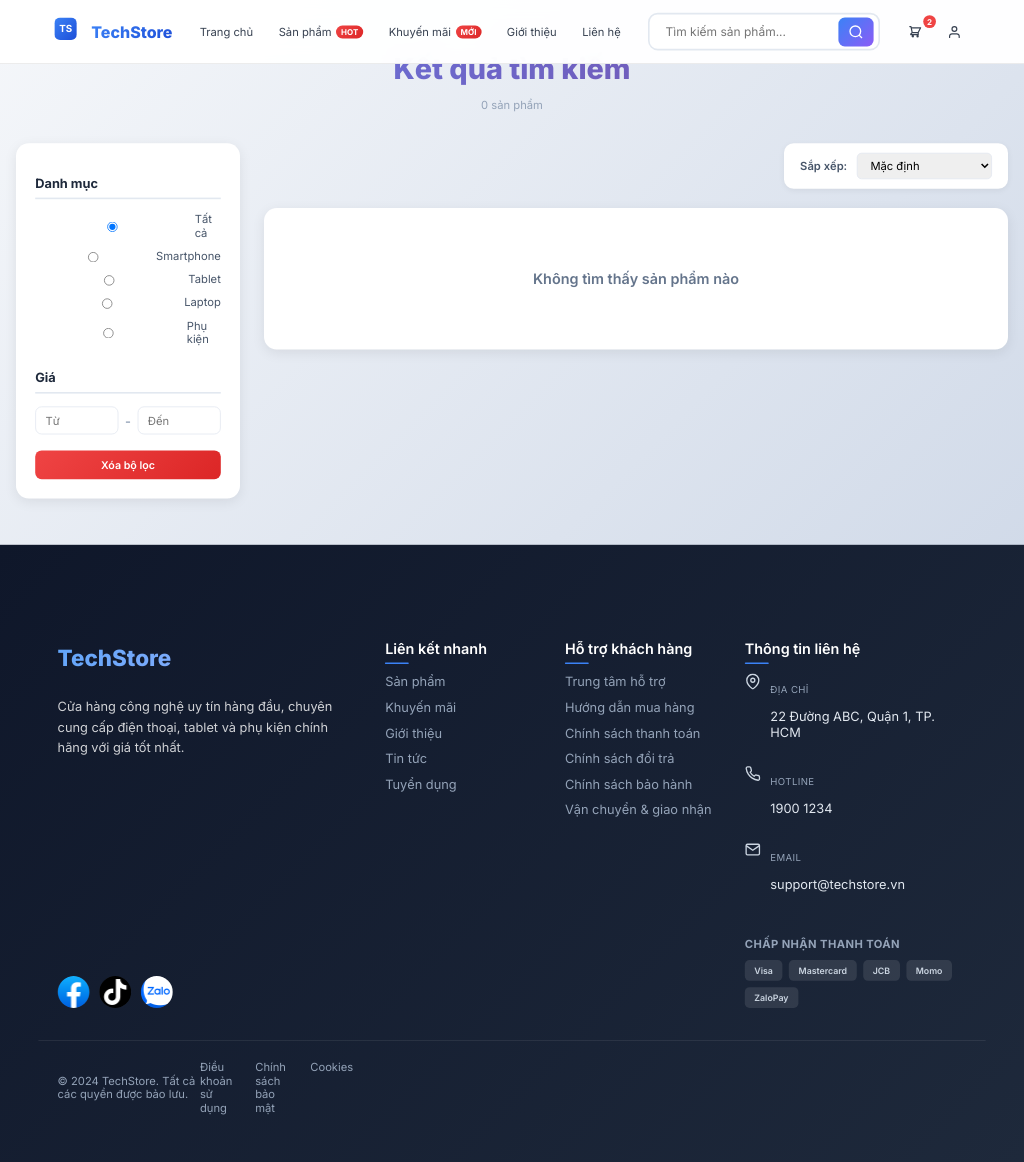
Repository: holyminhlu/DA_PTUDHDV
Page: /search
These files come from the project's save history. The page is drawn as it stood at one moment and after the next save; the edit follows.
The browser window is 1280 px wide. The pictures show the whole page, at 80% of full size.
The page's requests for data from a server got no answer. The project was rebuilt for these pictures with package versions that can differ from the ones it lists, and the page was loaded fresh each time. No one was signed in, and anything a server would have sent is missing. Also part of the build but not shown: vue.config.js, src/components/HeroBanner.vue, src/components/ProductCard.vue, src/components/ProductGrid.vue, src/components/FeatureSection.vue, src/components/Newsletter.vue, src/views/HomeView.vue, src/views/KhuyenMai.vue and 7 more.

Above is the page before, as saved 2025-11-30 10:34:02.

### public/index.html
<!doctype html>
<html lang="en">
  <head>
    <meta charset="utf-8">
    <meta name="viewport" content="width=device-width,initial-scale=1.0">
    <title>Techstore</title>
  </head>
  <body>
    <div id="app"></div>
  </body>
</html>

### src/App.vue
<template>
  <div id="app">
    <router-view />
  </div>
</template>

<script>
export default { name: 'App' };
</script>

### src/assets/styles/home.css
/* Home page styles for Techstore (desktop-first, responsive tweaks included) */
@import url('https://fonts.googleapis.com/css2?family=Inter:wght@300;400;600;700;800&display=swap');
:root{
  --blue-900:#012a61;
  --blue-700:#0b66d1;
  --orange:#ff7a00;
  --muted:#6b7280;
  --card-bg:#ffffff;
  --page-bg:#f7f9fc;
}
*{box-sizing:border-box;font-family:Inter,system-ui,-apple-system,'Segoe UI',Roboto,'Helvetica Neue',Arial}
body{margin:0;background:var(--page-bg);color:#0f1724}
/* Header */
.header{background:linear-gradient(90deg,var(--blue-900),var(--blue-700));color:#fff;padding:18px 48px;display:flex;align-items:center;justify-content:space-between}
.header .brand{display:flex;align-items:center;gap:12px}
.header .brand .logo{display:inline-block;width:36px;height:36px;background:#fff;border-radius:6px}
.header nav{display:flex;gap:22px;align-items:center}
.header nav a{color:rgba(255,255,255,0.88);text-decoration:none;font-weight:600}
.header .actions{display:flex;gap:12px;align-items:center}

/* Hero */
.hero{display:flex;gap:40px;align-items:center;padding:56px 48px}
.hero .left{flex:1;color:#fff}
.hero .eyebrow{background:rgba(255,255,255,0.07);display:inline-block;padding:8px 12px;border-radius:20px;margin-bottom:18px}
.hero h1{font-size:44px;margin:0 0 12px}
.hero p{color:rgba(255,255,255,0.9);margin:0 0 24px}
.hero .cta{background:var(--orange);color:#fff;padding:12px 20px;border-radius:8px;font-weight:700;border:none}
.hero .image{width:420px;height:320px;background:#000;border-radius:12px;overflow:hidden;box-shadow:0 8px 30px rgba(2,6,23,0.3)}
.hero .image img{width:100%;height:100%;object-fit:cover}

/* Featured products */
.section{padding:36px 48px;background:transparent}
.section .section-header{text-align:center;margin-bottom:18px}
.section .section-header h2{margin:0;font-size:22px}
.products-grid{display:grid;grid-template-columns:repeat(3,1fr);gap:18px}
.card{background:var(--card-bg);border-radius:12px;padding:14px;box-shadow:0 6px 18px rgba(12,20,40,0.06)}
.card .media{height:160px;border-radius:8px;overflow:hidden;margin-bottom:12px}
.card .media img{width:100%;height:100%;object-fit:cover}
.card .title{font-weight:700;margin-bottom:6px}
.card .price{color:var(--blue-700);font-weight:700}
.card .old-price{text-decoration:line-through;color:var(--muted);margin-left:8px}
.card .btn{display:inline-block;margin-top:10px;padding:8px 12px;background:var(--blue-700);color:#fff;border-radius:8px;text-decoration:none}
.card .badge{position:absolute;background:var(--orange);padding:6px 8px;border-radius:8px;color:#fff;font-weight:700}
.product-card-wrap{position:relative}

/* Features */
.features{display:flex;gap:18px;padding:18px 48px;margin-top:12px}
.feature{flex:1;background:#fff;padding:20px;border-radius:12px;text-align:center;box-shadow:0 6px 18px rgba(12,20,40,0.04)}
.feature h4{margin:8px 0 0}
.feature p{color:var(--muted);margin:10px 0 0}

/* Newsletter CTA */
.newsletter{margin:36px 48px;background:linear-gradient(90deg,#0652d6,#0b66d1);color:#fff;border-radius:10px;padding:28px;display:flex;align-items:center;justify-content:space-between}
.newsletter .left h3{margin:0 0 6px}
.newsletter input[type=email]{padding:12px;border-radius:8px;border:none;width:320px;margin-right:12px}
.newsletter button{background:var(--orange);padding:10px 16px;border-radius:8px;border:none;color:#fff}

/* Footer */
.footer{background:#08203b;color:#cfe3ff;padding:36px 48px;margin-top:18px}
.footer .cols{display:flex;gap:24px}
.footer h5{margin:0 0 10px}
.footer p,a{color:rgba(255,255,255,0.8)}

/* Responsive */
@media(max-width:1000px){
  .products-grid{grid-template-columns:repeat(2,1fr)}
  .hero{flex-direction:column;align-items:flex-start}
  .hero .image{width:100%;height:300px}
}
@media(max-width:640px){
  .products-grid{grid-template-columns:1fr}
  .features{flex-direction:column}
  .header{padding:14px}
  .hero{padding:20px}
  .section{padding:18px}
}

### src/views/SearchResults.vue
<template>
  <div class="search-results">
    <HeaderComponent />

    <div class="search-container">
      <div class="search-header">
        <h1 class="search-title">Kết quả tìm kiếm</h1>
        <p v-if="searchQuery" class="search-query">
          Tìm kiếm cho: <strong>"{{ searchQuery }}"</strong>
        </p>
        <p class="search-count">{{ totalResults }} sản phẩm</p>
      </div>

      <div class="results-layout">
        <!-- Filters Sidebar -->
        <aside class="filters-sidebar">
          <div class="filter-section">
            <h3 class="filter-title">Danh mục</h3>
            <div class="filter-options">
              <label v-for="cat in categories" :key="cat.value" class="filter-option">
                <input
                  type="radio"
                  name="category"
                  :value="cat.value"
                  v-model="selectedCategory"
                  @change="applyFilters"
                />
                <span>{{ cat.label }}</span>
              </label>
            </div>
          </div>

          <div class="filter-section">
            <h3 class="filter-title">Giá</h3>
            <div class="price-inputs">
              <input
                type="number"
                v-model.number="minPrice"
                placeholder="Từ"
                class="price-input"
                @change="applyFilters"
              />
              <span class="price-separator">-</span>
              <input
                type="number"
                v-model.number="maxPrice"
                placeholder="Đến"
                class="price-input"
                @change="applyFilters"
              />
            </div>
          </div>

          <button @click="resetFilters" class="reset-btn">Xóa bộ lọc</button>
        </aside>

        <!-- Results Grid -->
        <div class="results-main">
          <div class="results-controls">
            <div class="sort-control">
              <label>Sắp xếp:</label>
              <select v-model="sortOption" @change="applyFilters" class="sort-select">
                <option value="">Mặc định</option>
                <option value="price-asc">Giá: Thấp đến Cao</option>
                <option value="price-desc">Giá: Cao đến Thấp</option>
                <option value="name">Tên A-Z</option>
                <option value="rating">Đánh giá cao nhất</option>
              </select>
            </div>
          </div>

          <div v-if="loading" class="loading-state">
            <p>Đang tải...</p>
          </div>

          <div v-else-if="products.length === 0" class="empty-state">
            <p>Không tìm thấy sản phẩm nào</p>
          </div>

          <ProductGrid v-else :products="products" />
        </div>
      </div>
    </div>

    <FooterComponent />
  </div>
</template>

<script>
import axios from 'axios';
import HeaderComponent from '@/components/HeaderComponent.vue';
import FooterComponent from '@/components/FooterComponent.vue';
import ProductGrid from '@/components/ProductGrid.vue';

export default {
  name: 'SearchResults',
  components: {
    HeaderComponent,
    FooterComponent,
    ProductGrid
  },
  data() {
    return {
      products: [],
      searchQuery: '',
      totalResults: 0,
      loading: false,
      selectedCategory: '',
      minPrice: null,
      maxPrice: null,
      sortOption: '',
      categories: [
        { value: '', label: 'Tất cả' },
        { value: 'smartphone', label: 'Smartphone' },
        { value: 'tablet', label: 'Tablet' },
        { value: 'laptop', label: 'Laptop' },
        { value: 'accessory', label: 'Phụ kiện' }
      ]
    };
  },
  methods: {
    async fetchResults() {
      this.loading = true;
      try {
        const base = process.env.VUE_APP_API_URL || 'http://localhost:3000';
        const params = {
          q: this.searchQuery,
          category: this.selectedCategory,
          minPrice: this.minPrice,
          maxPrice: this.maxPrice,
          sort: this.sortOption
        };

        // Remove empty params
        Object.keys(params).forEach(key => {
          if (!params[key] && params[key] !== 0) delete params[key];
        });

        const { data } = await axios.get(`${base}/api/products/search`, { params });

        // Normalize id preference
        this.products = (data.results || []).map(p => ({
          ...p,
          id: p.id || p.phoneId || p._id
        }));
        this.totalResults = data.count || this.products.length;
      } catch (err) {
        console.error('Failed to fetch search results', err);
        this.products = [];
        this.totalResults = 0;
      } finally {
        this.loading = false;
      }
    },
    applyFilters() {
      // Update URL query params
      this.$router.push({
        path: '/search',
        query: {
          q: this.searchQuery,
          category: this.selectedCategory || undefined,
          minPrice: this.minPrice || undefined,
          maxPrice: this.maxPrice || undefined,
          sort: this.sortOption || undefined
        }
      });
      this.fetchResults();
    },
    resetFilters() {
      this.selectedCategory = '';
      this.minPrice = null;
      this.maxPrice = null;
      this.sortOption = '';
      this.applyFilters();
    },
    initFromQuery() {
      const q = this.$route.query;
      this.searchQuery = q.q || '';
      this.selectedCategory = q.category || '';
      this.minPrice = q.minPrice ? parseInt(q.minPrice) : null;
      this.maxPrice = q.maxPrice ? parseInt(q.maxPrice) : null;
      this.sortOption = q.sort || '';
    }
  },
  watch: {
    '$route.query': {
      handler() {
        this.initFromQuery();
        this.fetchResults();
      },
      immediate: true
    }
  }
};
</script>

<style scoped>
.search-results {
  min-height: 100vh;
  display: flex;
  flex-direction: column;
  background: linear-gradient(135deg, #f5f7fa 0%, #c3cfe2 100%);
}

.search-container {
  flex: 1;
  max-width: 1400px;
  margin: 0 auto;
  padding: 40px 20px;
  width: 100%;
}

.search-header {
  text-align: center;
  margin-bottom: 40px;
}

.search-title {
  font-size: 36px;
  font-weight: 800;
  background: linear-gradient(135deg, #667eea 0%, #764ba2 100%);
  -webkit-background-clip: text;
  -webkit-text-fill-color: transparent;
  margin-bottom: 8px;
}

.search-query {
  font-size: 18px;
  color: #64748b;
  margin-bottom: 8px;
}

.search-query strong {
  color: #1e293b;
}

.search-count {
  font-size: 14px;
  color: #94a3b8;
}

.results-layout {
  display: grid;
  grid-template-columns: 280px 1fr;
  gap: 30px;
}

/* Filters Sidebar */
.filters-sidebar {
  background: white;
  border-radius: 16px;
  padding: 24px;
  height: fit-content;
  box-shadow: 0 4px 16px rgba(0, 0, 0, 0.08);
  position: sticky;
  top: 20px;
}

.filter-section {
  margin-bottom: 30px;
}

.filter-section:last-of-type {
  margin-bottom: 20px;
}

.filter-title {
  font-size: 16px;
  font-weight: 700;
  color: #1e293b;
  margin-bottom: 16px;
  border-bottom: 2px solid #e2e8f0;
  padding-bottom: 8px;
}

.filter-options {
  display: flex;
  flex-direction: column;
  gap: 12px;
}

.filter-option {
  display: flex;
  align-items: center;
  gap: 8px;
  cursor: pointer;
  font-size: 14px;
  color: #475569;
  transition: color 0.2s ease;
}

.filter-option:hover {
  color: #3b82f6;
}

.filter-option input[type="radio"] {
  cursor: pointer;
}

.price-inputs {
  display: flex;
  align-items: center;
  gap: 8px;
}

.price-input {
  flex: 1;
  padding: 8px 12px;
  border: 1px solid #e2e8f0;
  border-radius: 8px;
  font-size: 14px;
  transition: border-color 0.2s ease;
}

.price-input:focus {
  outline: none;
  border-color: #3b82f6;
}

.price-separator {
  color: #94a3b8;
  font-weight: 600;
}

.reset-btn {
  width: 100%;
  padding: 10px;
  background: linear-gradient(135deg, #ef4444 0%, #dc2626 100%);
  color: white;
  border: none;
  border-radius: 8px;
  font-weight: 600;
  cursor: pointer;
  transition: all 0.3s ease;
}

.reset-btn:hover {
  transform: translateY(-2px);
  box-shadow: 0 4px 12px rgba(239, 68, 68, 0.4);
}

/* Results Main */
.results-main {
  min-height: 400px;
}

.results-controls {
  display: flex;
  justify-content: flex-end;
  margin-bottom: 24px;
}

.sort-control {
  display: flex;
  align-items: center;
  gap: 12px;
  background: white;
  padding: 12px 20px;
  border-radius: 12px;
  box-shadow: 0 2px 8px rgba(0, 0, 0, 0.06);
}

.sort-control label {
  font-size: 14px;
  font-weight: 600;
  color: #475569;
}

.sort-select {
  padding: 6px 12px;
  border: 1px solid #e2e8f0;
  border-radius: 6px;
  font-size: 14px;
  cursor: pointer;
  transition: border-color 0.2s ease;
}

.sort-select:focus {
  outline: none;
  border-color: #3b82f6;
}

.loading-state,
.empty-state {
  text-align: center;
  padding: 60px 20px;
  background: white;
  border-radius: 16px;
  box-shadow: 0 4px 16px rgba(0, 0, 0, 0.08);
}

.loading-state p,
.empty-state p {
  font-size: 18px;
  color: #64748b;
  font-weight: 600;
}

@media (max-width: 992px) {
  .results-layout {
    grid-template-columns: 1fr;
  }

  .filters-sidebar {
    position: static;
  }
}

@media (max-width: 768px) {
  .search-title {
    font-size: 28px;
  }

  .search-container {
    padding: 24px 16px;
  }
}
</style>

### src/components/SearchBar.vue
<template>
  <div class="search-bar">
    <div class="search-input-wrapper">
      <input
        type="text"
        v-model="searchQuery"
        @input="onInput"
        @keyup.enter="performSearch"
        placeholder="Tìm kiếm sản phẩm..."
        class="search-input"
      />
      <button @click="performSearch" class="search-btn">
        <svg xmlns="http://www.w3.org/2000/svg" width="20" height="20" viewBox="0 0 24 24" fill="none" stroke="currentColor" stroke-width="2">
          <circle cx="11" cy="11" r="8"></circle>
          <path d="m21 21-4.35-4.35"></path>
        </svg>
      </button>

      <!-- Autocomplete Dropdown -->
      <div v-if="showSuggestions && suggestions.length" class="suggestions-dropdown">
        <div
          v-for="item in suggestions"
          :key="item.id"
          @click="selectSuggestion(item)"
          class="suggestion-item"
        >
          <img :src="item.image || '/img/articles/product-1.jpg'" :alt="item.title" class="suggestion-img" />
          <div class="suggestion-info">
            <div class="suggestion-title">{{ item.title }}</div>
            <div class="suggestion-price">{{ formatPrice(item.price) }}</div>
          </div>
        </div>
      </div>
    </div>
  </div>
</template>

<script>
import axios from 'axios';

export default {
  name: 'SearchBar',
  data() {
    return {
      searchQuery: '',
      suggestions: [],
      showSuggestions: false,
      debounceTimer: null
    };
  },
  methods: {
    formatPrice(v) {
      if (!v) return '';
      return v.toString().replace(/\B(?=(\d{3})+(?!\d))/g, '.') + '₫';
    },
    onInput() {
      // Debounce autocomplete API calls
      clearTimeout(this.debounceTimer);
      if (this.searchQuery.trim().length < 2) {
        this.suggestions = [];
        this.showSuggestions = false;
        return;
      }

      this.debounceTimer = setTimeout(() => {
        this.fetchSuggestions();
      }, 300);
    },
    async fetchSuggestions() {
      try {
        const base = process.env.VUE_APP_API_URL || 'http://localhost:3000';
        const { data } = await axios.get(`${base}/api/products/search`, {
          params: { q: this.searchQuery, limit: 5 }
        });
        this.suggestions = data.results || [];
        this.showSuggestions = this.suggestions.length > 0;
      } catch (err) {
        console.error('Failed to fetch suggestions', err);
        this.suggestions = [];
        this.showSuggestions = false;
      }
    },
    selectSuggestion(item) {
      this.showSuggestions = false;
      this.$router.push(`/product/${item.id}`);
      this.searchQuery = '';
    },
    performSearch() {
      if (!this.searchQuery.trim()) return;
      this.showSuggestions = false;
      this.$router.push({
        path: '/search',
        query: { q: this.searchQuery }
      });
    }
  },
  mounted() {
    // Close suggestions when clicking outside
    document.addEventListener('click', (e) => {
      if (!this.$el.contains(e.target)) {
        this.showSuggestions = false;
      }
    });
  }
};
</script>

<style scoped>
.search-bar {
  position: relative;
  width: 100%;
  max-width: 600px;
}

.search-input-wrapper {
  position: relative;
  display: flex;
  align-items: center;
}

.search-input {
  width: 100%;
  padding: 12px 50px 12px 20px;
  border: 2px solid #e2e8f0;
  border-radius: 12px;
  font-size: 15px;
  transition: all 0.3s ease;
  background: white;
}

.search-input:focus {
  outline: none;
  border-color: #3b82f6;
  box-shadow: 0 0 0 3px rgba(59, 130, 246, 0.1);
}

.search-btn {
  position: absolute;
  right: 8px;
  background: linear-gradient(135deg, #3b82f6 0%, #8b5cf6 100%);
  border: none;
  padding: 8px 12px;
  border-radius: 8px;
  cursor: pointer;
  display: flex;
  align-items: center;
  justify-content: center;
  transition: all 0.3s ease;
}

.search-btn svg {
  color: white;
}

.search-btn:hover {
  transform: scale(1.05);
  box-shadow: 0 4px 12px rgba(59, 130, 246, 0.4);
}

/* Suggestions Dropdown */
.suggestions-dropdown {
  position: absolute;
  top: calc(100% + 8px);
  left: 0;
  right: 0;
  background: white;
  border: 1px solid #e2e8f0;
  border-radius: 12px;
  box-shadow: 0 8px 24px rgba(0, 0, 0, 0.12);
  max-height: 400px;
  overflow-y: auto;
  z-index: 1000;
}

.suggestion-item {
  display: flex;
  align-items: center;
  gap: 12px;
  padding: 12px 16px;
  cursor: pointer;
  transition: background 0.2s ease;
  border-bottom: 1px solid #f1f5f9;
}

.suggestion-item:last-child {
  border-bottom: none;
}

.suggestion-item:hover {
  background: #f8fafc;
}

.suggestion-img {
  width: 50px;
  height: 50px;
  object-fit: cover;
  border-radius: 8px;
  flex-shrink: 0;
}

.suggestion-info {
  flex: 1;
  overflow: hidden;
}

.suggestion-title {
  font-size: 14px;
  font-weight: 600;
  color: #1e293b;
  white-space: nowrap;
  overflow: hidden;
  text-overflow: ellipsis;
}

.suggestion-price {
  font-size: 13px;
  color: #ef4444;
  font-weight: 700;
  margin-top: 2px;
}

@media (max-width: 768px) {
  .search-input {
    padding: 10px 45px 10px 16px;
    font-size: 14px;
  }
}
</style>

Loaded but not shown: src/routes/index.js (24 lines, source omitted); src/main.js (13 lines, source omitted); src/components/HeaderComponent.vue (957 lines, source omitted); src/components/FooterComponent.vue (499 lines, source omitted); src/assets/styles/about-contact.css (747 lines, source omitted)

After the next save:
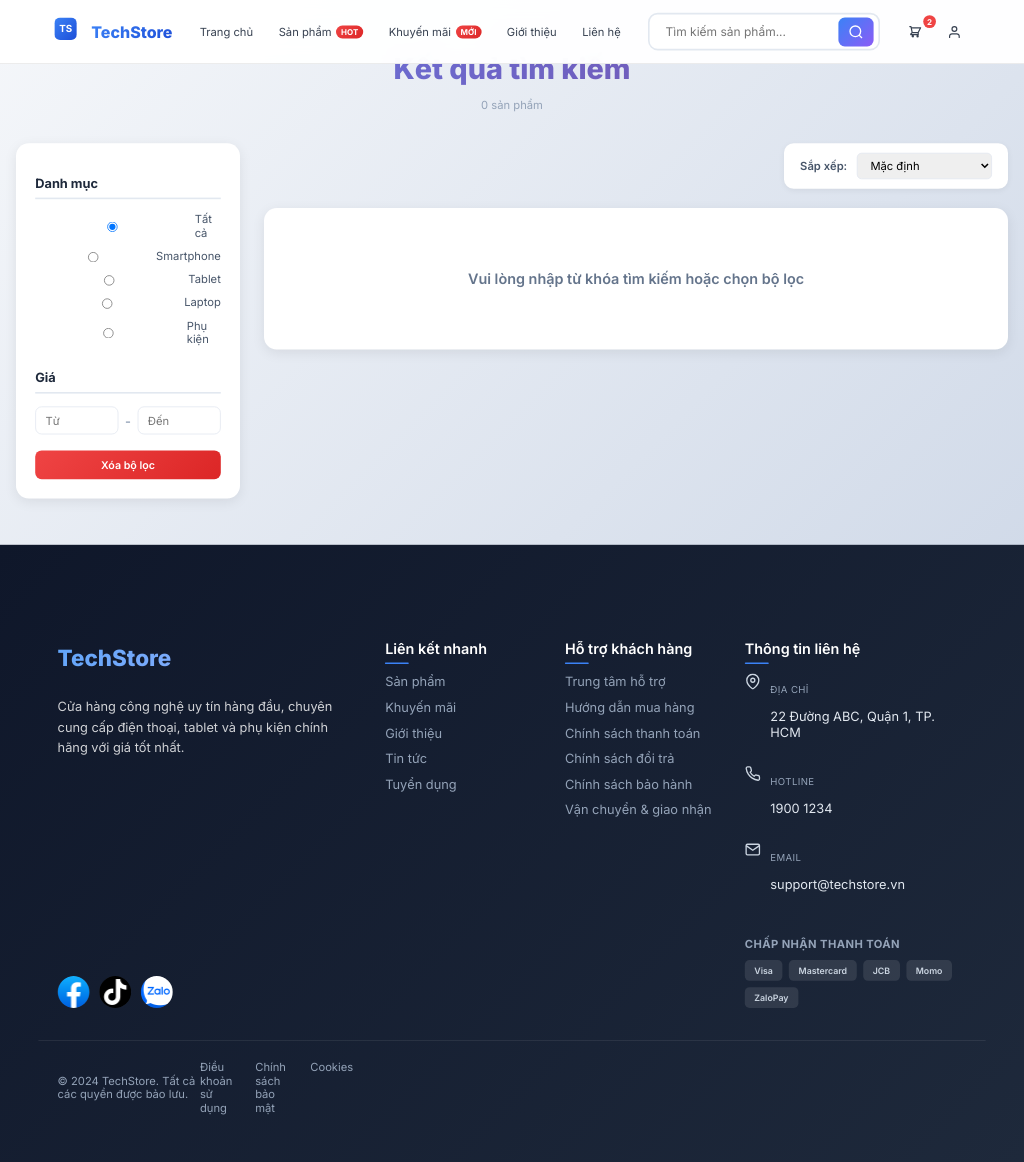
Saved 3 min 43 s later.
--- a/src/views/SearchResults.vue
+++ b/src/views/SearchResults.vue
@@ -73,8 +73,12 @@
             <p>Đang tải...</p>
           </div>
 
+          <div v-else-if="!searchQuery && !selectedCategory && !minPrice && !maxPrice" class="empty-state">
+            <p>Vui lòng nhập từ khóa tìm kiếm hoặc chọn bộ lọc</p>
+          </div>
+
           <div v-else-if="products.length === 0" class="empty-state">
-            <p>Không tìm thấy sản phẩm nào</p>
+            <p>Không tìm thấy sản phẩm nào phù hợp với "{{ searchQuery }}"</p>
           </div>
 
           <ProductGrid v-else :products="products" />
